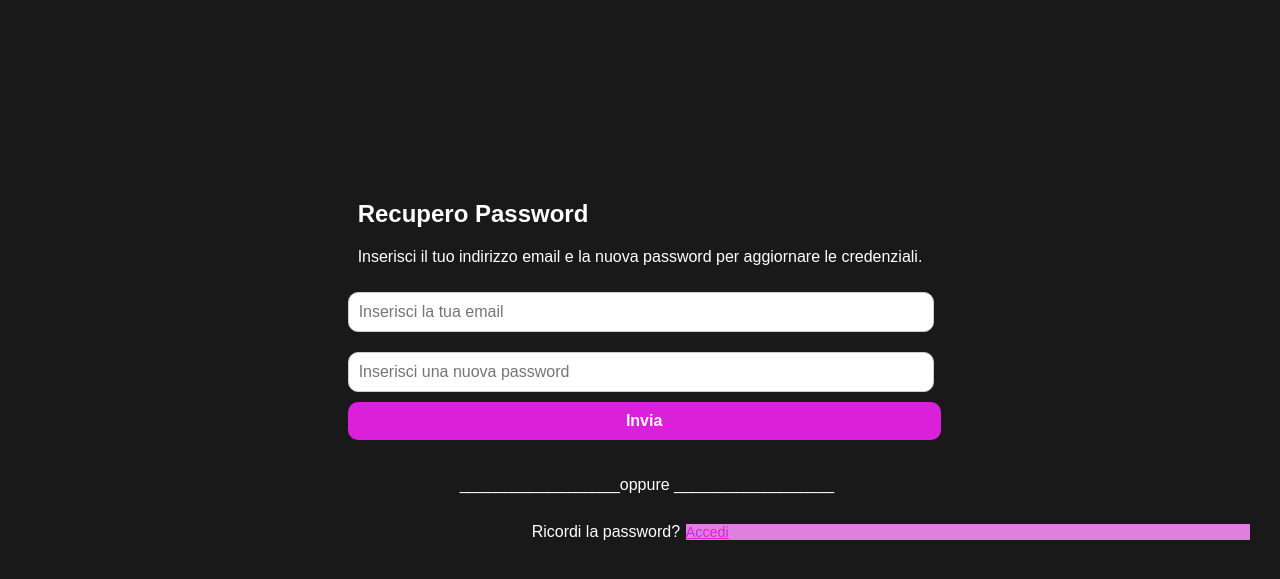
Repository: maxdl98/AppAuto
Page: http://localhost/RecuperoPassword
An editor plug-in stored every save of this project. The page is shown before and after the next save, followed by the edit.
The browser window is 1280 px wide. The pictures show the whole page.
The pointer rests on the first visible `.form a`.
The page is this project's Thymeleaf template; nobody is signed in. The template is opened directly, without the code that normally fills it, so the values that code supplies are empty.

Above is the page before, as saved 2025-01-13 08:35:37.

After the next save:
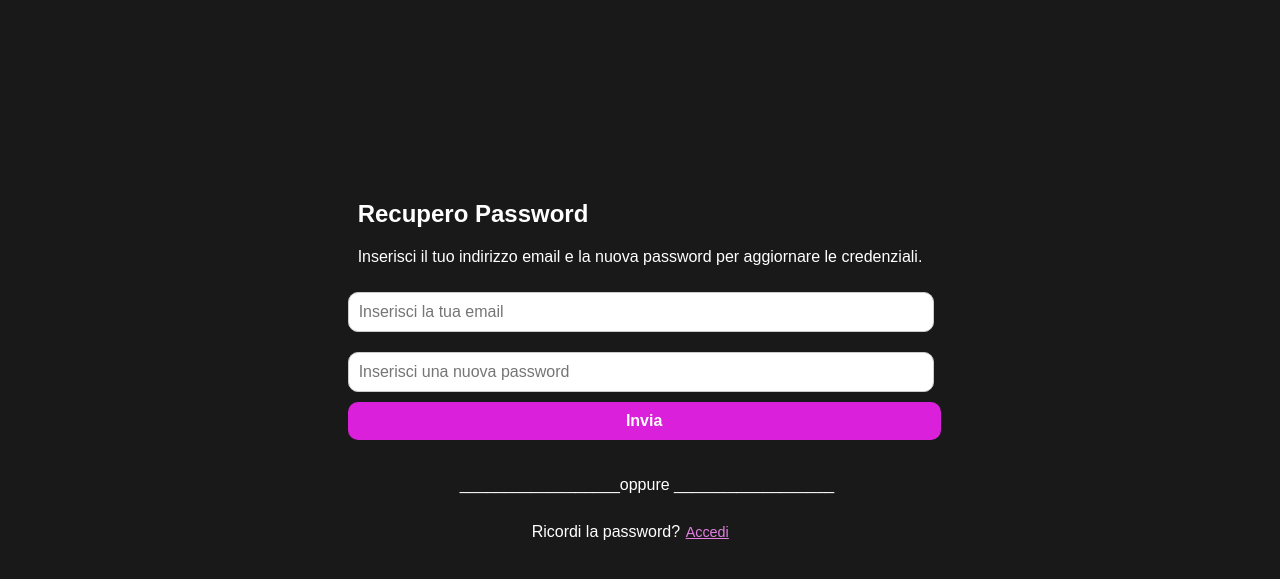
Saved 3 min 58 s later.
--- a/AutoApp/src/main/resources/templates/RecuperoPassword.html
+++ b/AutoApp/src/main/resources/templates/RecuperoPassword.html
@@ -65,7 +65,7 @@
 
         .form a:hover {
             text-decoration: underline;
-            background-color: #e07fe0;
+            color: #e07fe0;
 
         }
 
